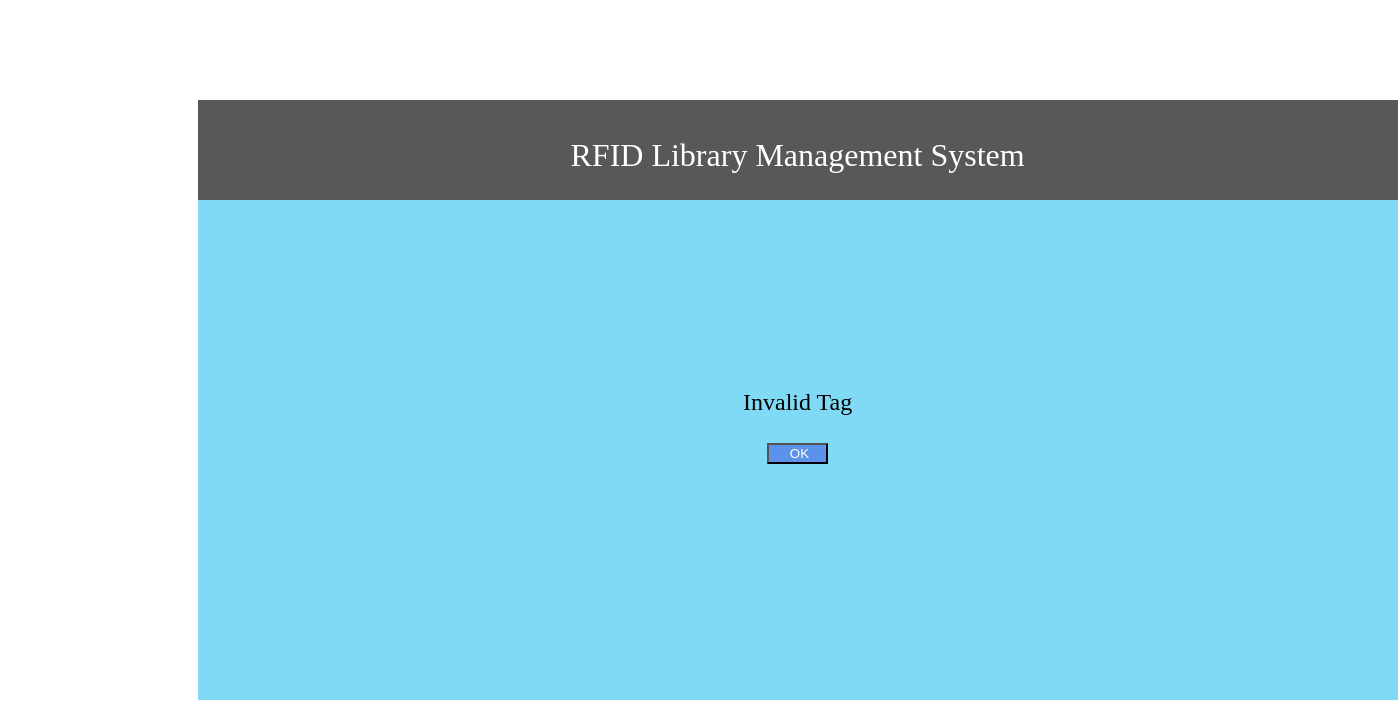
Repository: vigineshs/A-Smart-Data-Analyzer-for-Library-Management-System
Page: http://localhost/librarymgmt/location.jsp
These files come from the project's save history. The page is drawn as it stood at one moment and after the next save; the edit follows.
The browser window is 1280 px wide. The page is 1398 px wide, so the pictures cover 1398 px, including what lies to the right of the window. The pictures show the whole page.
The page is served by Tomcat 9. Other server files are loaded and not shown. Queries for data that is not in the repository find no rows.

Above is the page before, as saved 2013-02-11 13:43:32.

### PassiveRFID/CS203-Version 1.0.6/Demo Applications/Dot Net C#/Demo Applications Source Code/RFID/librarymgmt/WebContent/location.jsp
<%@ page language="java" contentType="text/html; charset=ISO-8859-1"
	pageEncoding="ISO-8859-1"%>
<%@ page import="java.sql.*"%>
<%@ page language="java"%>
<%@ page import="java.sql.Connection"%>
<%@ page import="java.sql.ResultSet"%>
<%@ page import="java.sql.Statement"%>
<%@ page import="javax.servlet.RequestDispatcher"%>

<%


try{
	Connection dbconnection = null;
		Class.forName("sun.jdbc.odbc.JdbcOdbcDriver");
    dbconnection=DriverManager.getConnection("jdbc:odbc:rfiddb","admin","");
    String mess="";
  	String link="";
  	int flag=0;
  	Statement st;
st= dbconnection.createStatement();
String tid=request.getParameter("btag");
ResultSet rs=st.executeQuery("select * from Tagging where TagID='"+ tid +"'");
//ResultSet rs=st.executeQuery("SELECT * FROM Tagging");
System.out.println("select * from Tagging where TagID='"+ tid +"'");


%>

<!DOCTYPE html PUBLIC "-//W3C//DTD HTML 4.01 Transitional//EN" "http://www.w3.org/TR/html4/loose.dtd">
<html>
<head>
<title>RFID | Library Management System</title>
<link rel="stylesheet" type="text/css" href="css/page.css ">

</head>
<body>
<div class="center">
<div id="container">
<div id="header"><br/>
RFID Library Management System
</div>
<div id="content" style="height:100%; overflow:scroll;" ><center>
<br/>


<% while(rs.next())
{	flag=1;
System.out.println("select * from Tagging where TagID='"+ tid +"'"); %>
<br/><pre>Tag ID:   <%= rs.getString("TagID") %> </pre>
<pre>Book Name:   <%= rs.getString("BookName") %> </pre>
<pre>Author:   <%= rs.getString("Author") %> </pre>
Current Location<br/>
<table border=1 cellpadding=5>
<tr ><td>Rack:&nbsp;</td><td><%= rs.getString("Rack") %></td></tr>
<tr><td>Row:&nbsp;</td><td><%= rs.getString("Row") %></td></tr>
</table>

	<%}
if(flag==0){
	mess="Invalid Tag";
	    link="http://localhost:8080/librarymgmt/locate.jsp";
	    request.setAttribute("mess", mess);
	    request.setAttribute("link", link);
	    RequestDispatcher rd = this.getServletContext().getRequestDispatcher("/message.jsp");
	     	rd.forward(request, response);
	%>

	<%}

 	}

	catch(Exception e){out.print(e);}
		%>
</center>
</div>
</div>
</div>
</body>
</html>

### PassiveRFID/CS203-Version 1.0.6/Demo Applications/Dot Net C#/Demo Applications Source Code/RFID/librarymgmt/WebContent/message.jsp
<!DOCTYPE html PUBLIC "-//W3C//DTD HTML 4.01 Transitional//EN" "http://www.w3.org/TR/html4/loose.dtd">
<html>

<head>


<title>RFID | Message</title>
<link rel="stylesheet" type="text/css" href="css/page.css ">

</head>
<body>
<div class="center">
<div id="container">
<div id="header"><br/>
RFID Library Management System
</div>
<div id="content">
<br/><br/>
	<br/>
<form name="message" method="post"
	action="<%= request.getAttribute("link") %>"><input
	type="hidden" name="id" value="<%= request.getAttribute("id") %>"></input>

<br>
<br>
<br>
<br>
<div align="center"><%= request.getAttribute("mess") %> <br>
<br>
<input type="submit" name="submit"
	value="&nbsp;&nbsp;&nbsp;&nbsp;OK&nbsp;&nbsp;&nbsp;" style="background-color: #5C92E9; color: #fff;"></input></div>
</form>
</div>
</div>
</div>
</body>

</html>

### PassiveRFID/CS203-Version 1.0.6/Demo Applications/Dot Net C#/Demo Applications Source Code/RFID/librarymgmt/WebContent/css/page.css
#container
{


width:1200px;
height:500px;
margin:0px;

}

a{
text-decoration:none;
font-color:blue;
font-size:32px;
}

a:hover{
font-color:red;
}

.center
{
margin-left:auto;
margin-right:auto;
width:70%;
}

body
{

}

#header
{
background-color:#585858;
font-family:Monotype Corsiva;
font-size:32px;
color:white;
height:100px;
text-align:center;
float:center;
margin-top:100px;
}

#content
{
background-color:#81DAF5;
width:1200px;
height:500px;
margin-left:0px;
overflow:hidden;
font-size:24px;
float:center;
}

#lcon
{
width:300px;
height:100%
overflow:hidden;
}

#rcon
{
width:700px;
height:100%
overflow:hidden;
margin-left:300px;
}

After the next save:
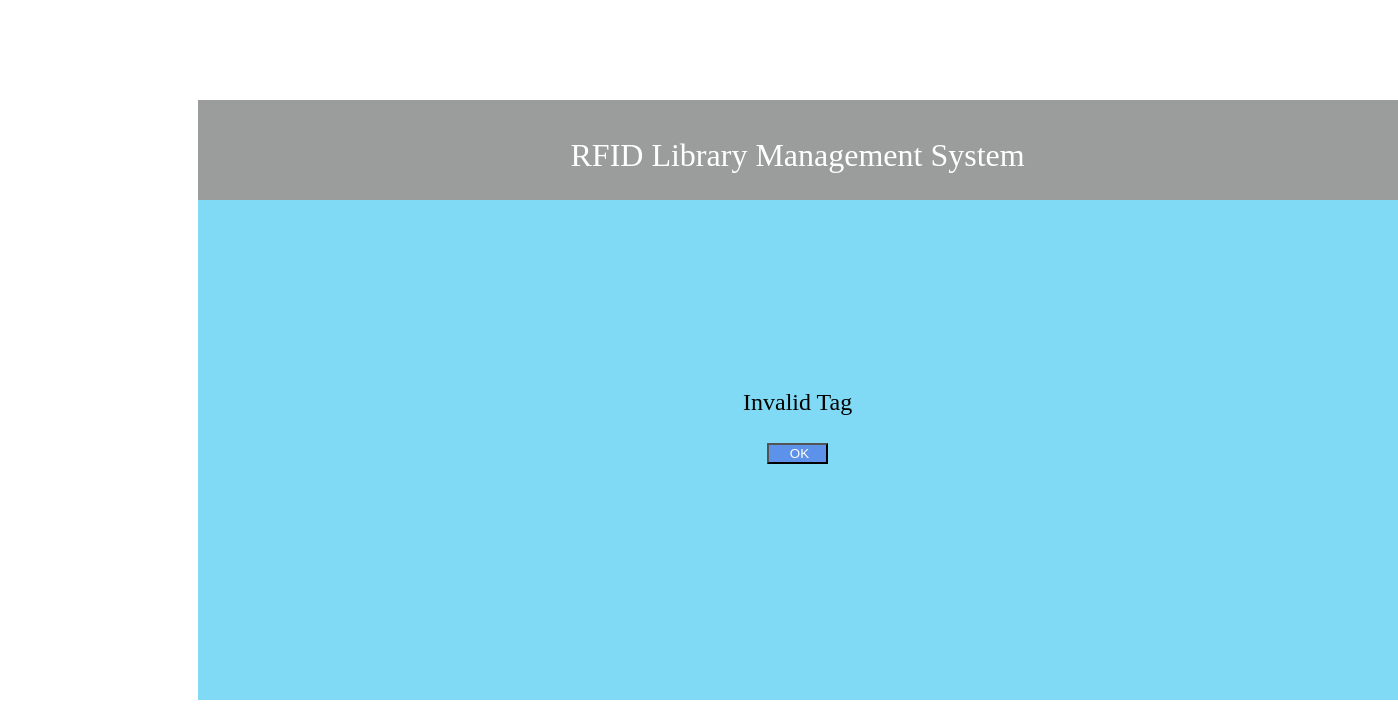
Saved 9 min 10 s later.
--- a/PassiveRFID/CS203-Version 1.0.6/Demo Applications/Dot Net C#/Demo Applications Source Code/RFID/librarymgmt/WebContent/css/page.css
+++ b/PassiveRFID/CS203-Version 1.0.6/Demo Applications/Dot Net C#/Demo Applications Source Code/RFID/librarymgmt/WebContent/css/page.css
@@ -32,7 +32,7 @@ body
 
 #header
 {
-background-color:#585858;
+background-image:url('images/header.png');
 font-family:Monotype Corsiva;
 font-size:32px;
 color:white;
